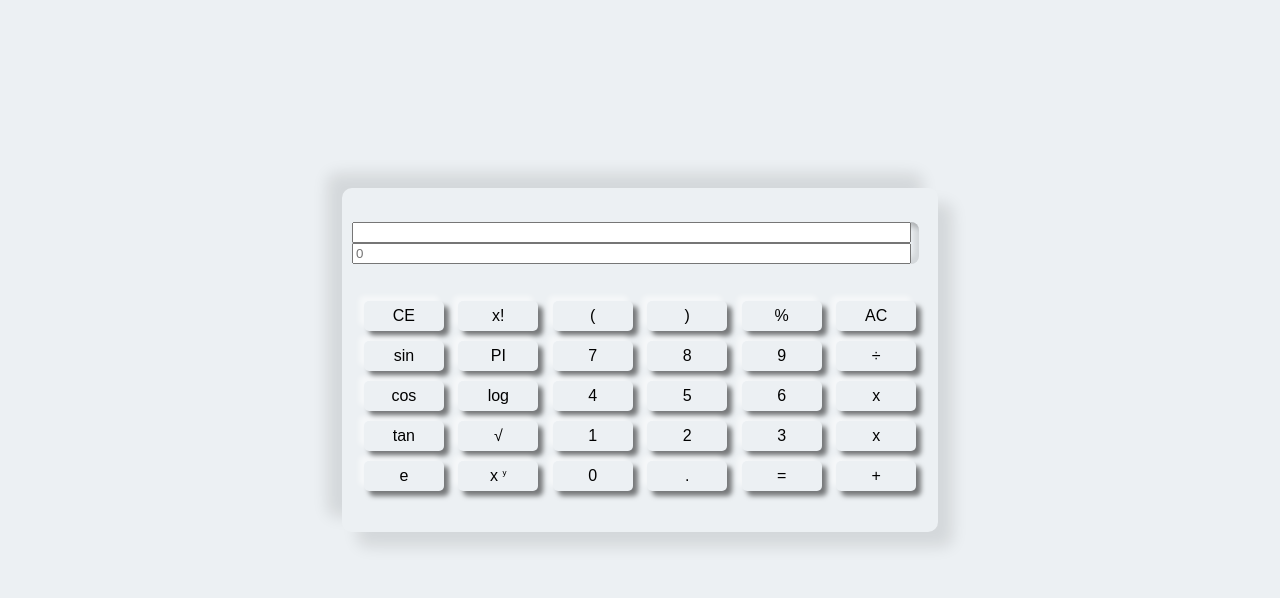
Repository: Haakim19/Scientific-Calculator
Page: intex.html
The author's editor kept a copy of each file at every save. The page is drawn from the files as they stood at one save, then again after the next save.
The browser window is 1280 px wide. The pictures show the whole page.

Above is the page before, as saved 2024-10-27 12:28:26.

After the next save:
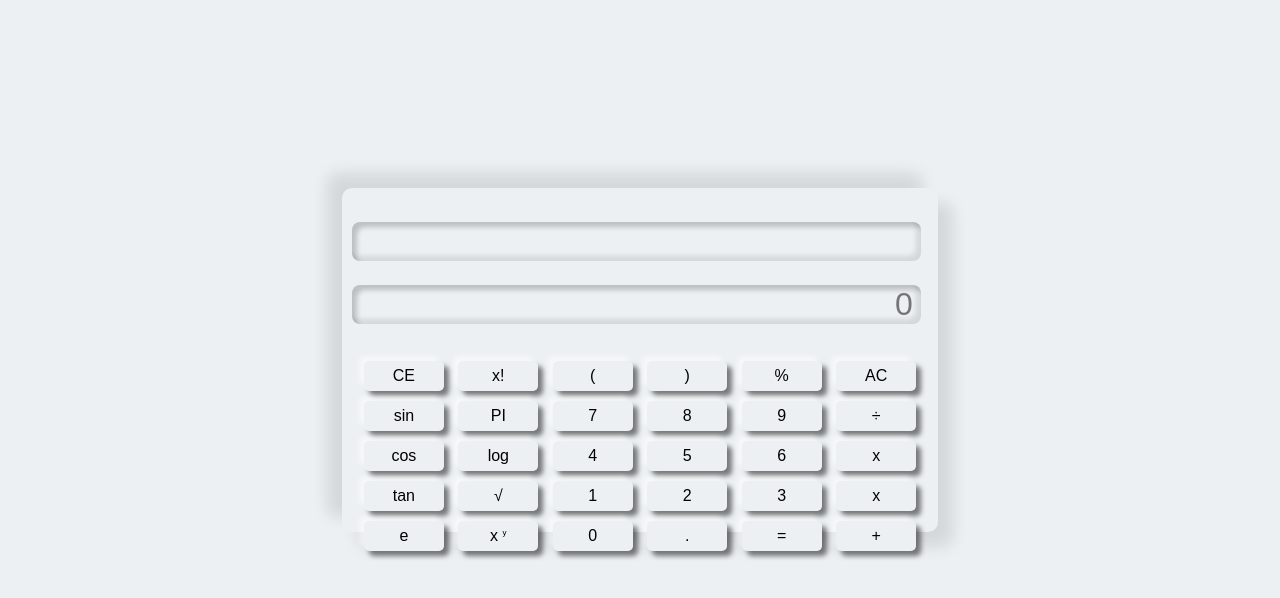
Saved 13 s later.
--- a/Style.css
+++ b/Style.css
@@ -33,7 +33,7 @@ body{
                 inset -5px -5px 5px rgba(0, 0, 0, 0.1);
 
 } */
-.display{
+.display input{
     width: 97%;
     /* height: 70px; */
     border: none;
